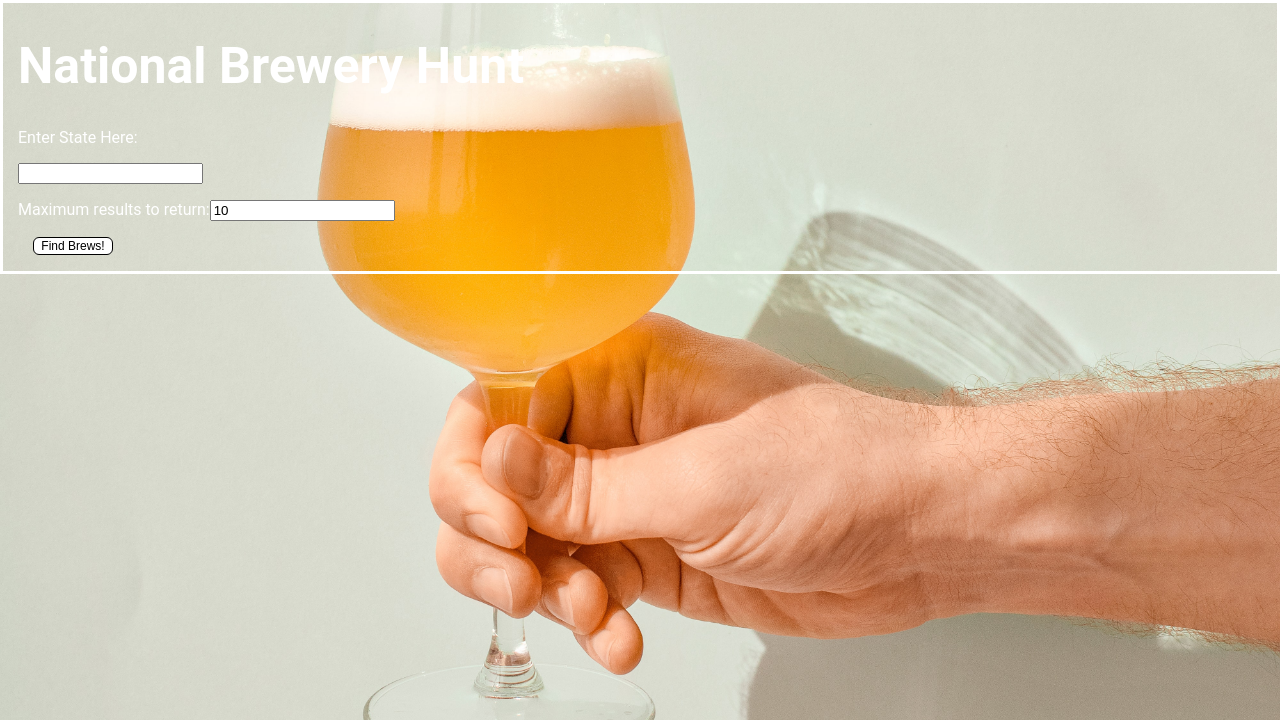
Repository: kaitlynMidori/searchBrews
Page: index.html
These files come from the project's save history. The page is drawn as it stood at one moment and after the next save; the edit follows.
The browser window is 1280 px wide. The pictures show the whole page.

Above is the page before, as saved 2021-04-24 12:35:10.

After the next save:
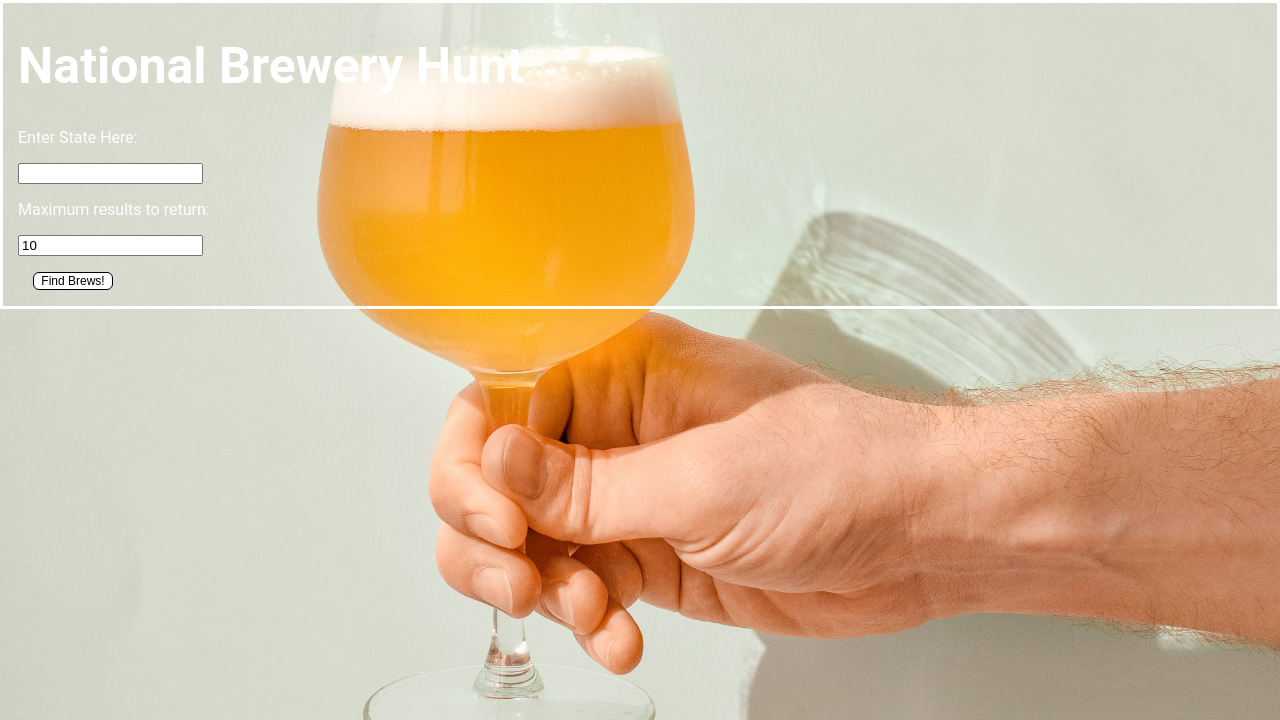
Saved 34 s later.
--- a/index.html
+++ b/index.html
@@ -19,10 +19,9 @@
                 <p><input type="text" name="by_state" id="by_state" required /></p>
 
 
-            <p>
-                <label for="max-results">Maximum results to return: </label>
-                    <input type="number" name="max-results" id="max-results" value="10" />
-            </p>
+
+                <p><label for="max-results">Maximum results to return: </label></p>
+                <p><input type="number" name="max-results" id="max-results" value="10" /></p>
 
             <p>
                 <input type="submit" value="Find Brews!" class="submit" />
